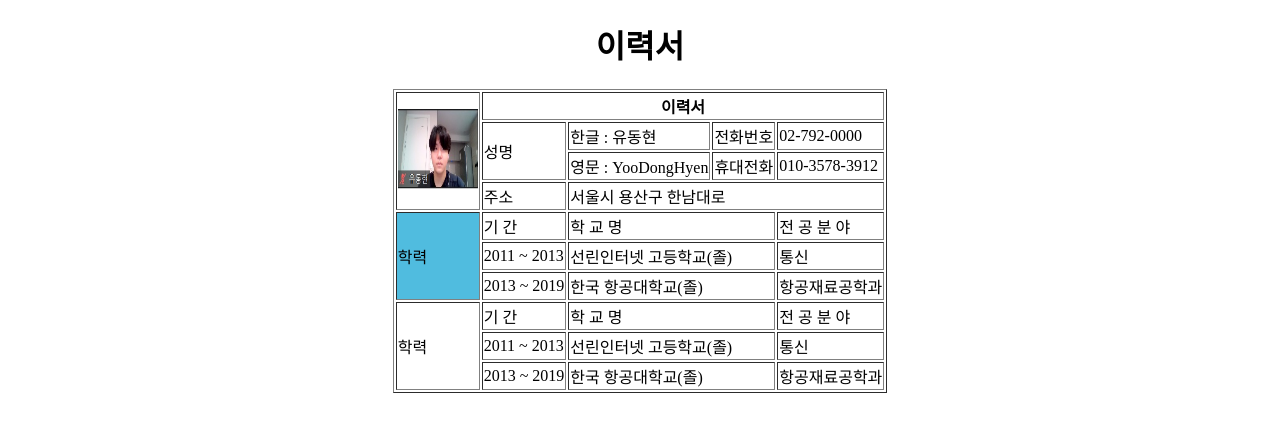
Repository: DongHyenYoo/DongHyen
Page: JdbcStudy/HTMLTEST/WebContent/resume.html
An editor plug-in stored every save of this project. The page is shown before and after the next save, followed by the edit.
The browser window is 1280 px wide. The pictures show the whole page.

Above is the page before, as saved 2022-09-23 08:35:34.

After the next save:
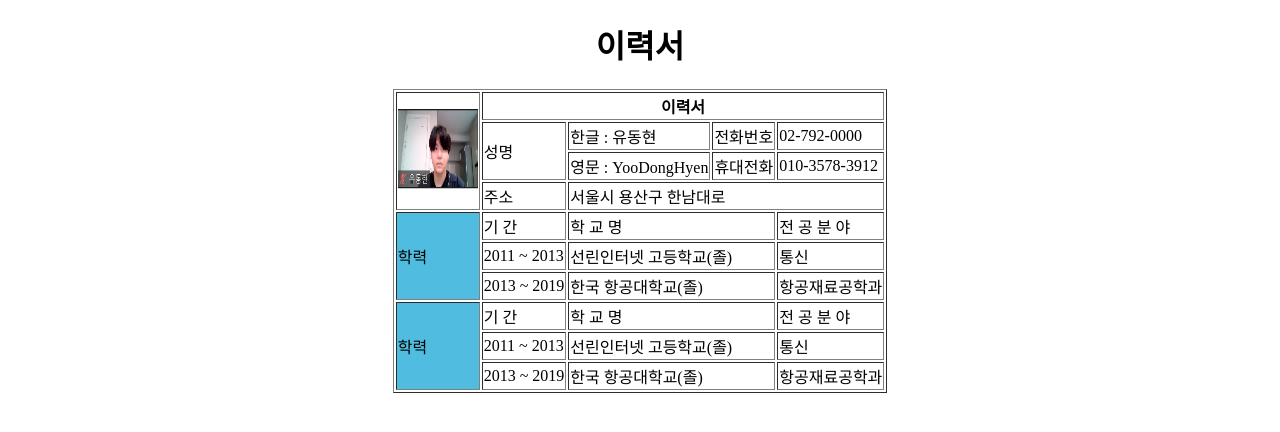
Saved 22 s later.
--- a/JdbcStudy/HTMLTEST/WebContent/resume.html
+++ b/JdbcStudy/HTMLTEST/WebContent/resume.html
@@ -37,7 +37,7 @@
 
 
 <tr>
- <td rowspan = "3">학력</td> <td>기&nbsp;간</td> <td colspan="2">학&nbsp;교&nbsp;명</td> <td>전&nbsp;공&nbsp;분&nbsp;야</td>
+ <td rowspan = "3" bgcolor="#50BCDF">학력</td> <td>기&nbsp;간</td> <td colspan="2">학&nbsp;교&nbsp;명</td> <td>전&nbsp;공&nbsp;분&nbsp;야</td>
 </tr>
 
 <tr>
